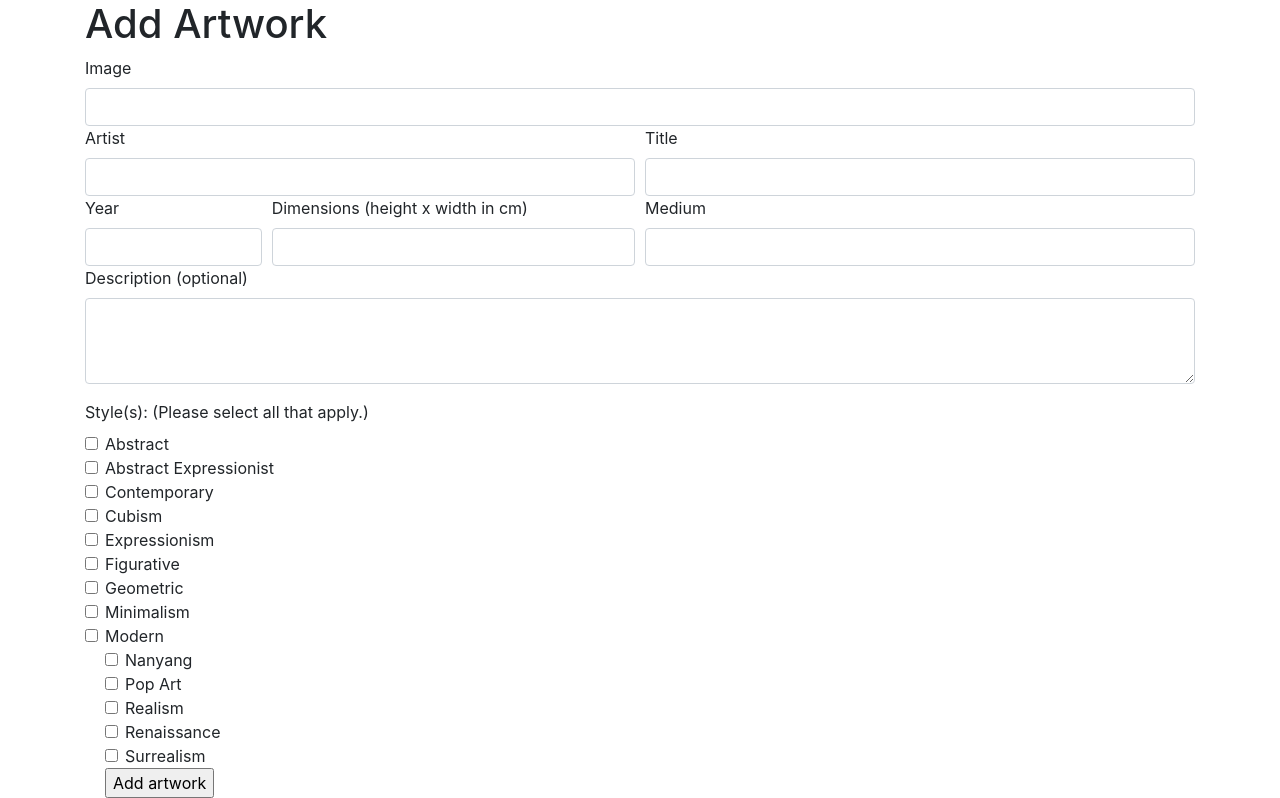
Repository: lynette-lyf/artwork-inventory
Page: http://localhost/add-artwork
The author's editor kept a record of every edit. The page is drawn from the files as they stood at one moment, then again after the next edit.
The browser window is 1280 px wide. The pictures show the whole page.
The page is served by the project's application, run on Flask 3 (app.py).

Above is the page before.

### templates/add_artwork.template.html
<!doctype html>
<html lang="en">
  <head>
    <!-- Required meta tags -->
    <meta charset="utf-8">
    <meta name="viewport" content="width=device-width, initial-scale=1, shrink-to-fit=no">

    <!-- Bootstrap CSS -->
    <link rel="stylesheet" href="https://stackpath.bootstrapcdn.com/bootstrap/4.3.1/css/bootstrap.min.css" integrity="sha384-ggOyR0iXCbMQv3Xipma34MD+dH/1fQ784/j6cY/iJTQUOhcWr7x9JvoRxT2MZw1T" crossorigin="anonymous">

    <title>Add Artwork</title>
  </head>
  <body>
    <div class='container'>
        <h1>Add Artwork</h1>
        <form class='form' method="POST">
          <div class='form-row'>
              <div class='col-12'>
                <label>Image</label>
                <input type='text' class='form-control' name='image' required/>
            </div>
            <div class='col-6'>
                <label>Artist</label>
                <input type='text' class='form-control' name='artist' required/>
            </div>
            <div class='col-6'>
                <label>Title</label>
                <input type='text' class='form-control' name='title' required/>
            </div>
          </div>

          <div class='form-row'>
            <div class='col-2'>
                <label>Year</label>
                <input type='number' class='form-control' maxlength='4' min='1000' max='2019' name='year' required/>
            </div>
            <div class='col-4'>
                <label>Dimensions (height x width in cm)</label>
                <input type='text' class='form-control' name='dimensions' required/>
            </div>
            <div class='col-6'>
                <label>Medium</label>
                <input type='text' class='form-control' name='medium' required/>
            </div>
          </div>

            <div class='form-group'>
                <label>Description (optional)</label>
                <textarea class="form-control" rows="3" name='description'></textarea>
            </div>

           <label>Style(s): (Please select all that apply.)</label>

            <div class="form-check">
            <input class="form-check-input" type='checkbox' value='Abstract' id="type" name="type">
            <label class="form-check-label" for="Abstract">Abstract</label>
            </div>

            <div class="form-check">
            <input class="form-check-input" type='checkbox' value='Abstract Expressionist' id="type" name="type">
            <label class="form-check-label" for="Abstract Expressionist">Abstract Expressionist</label>
            </div>

            <div class="form-check">
            <input class="form-check-input" type='checkbox' value='Contemporary' id="type" name="type">
            <label class="form-check-label" for="Contemporary">Contemporary</label>
            </div>

            <div class="form-check">
            <input class="form-check-input" type='checkbox' value='Cubism' id="type" name="type">
            <label class="form-check-label" for="Cubism">Cubism</label>
            </div>

            <div class="form-check">
            <input class="form-check-input" type='checkbox' value='Expressionism' id="type" name="type">
            <label class="form-check-label" for="Expressionism">Expressionism</label>
            </div>

            <div class="form-check">
            <input class="form-check-input" type='checkbox' value='Figurative' id="type" name="type">
            <label class="form-check-label" for="Figurative">Figurative</label>
            </div>

            <div class="form-check">
            <input class="form-check-input" type='checkbox' value='Geometric' id="type" name="type">
            <label class="form-check-label" for="Geometric">Geometric</label>
            </div>

            <div class="form-check">
            <input class="form-check-input" type='checkbox' value='Minimalism' id="type" name="type">
            <label class="form-check-label" for="Minimalism">Minimalism</label>
            </div>

            <div class="form-check">
            <input class="form-check-input" type='checkbox' value='Modern' id="type" name="type">
            <label class="form-check-label" for="Modern">Modern</label>

            <div class="form-check">
            <input class="form-check-input" type='checkbox' value='Nanyang' id="type" name="type">
            <label class="form-check-label" for="Nanyang">Nanyang</label>
            </div>

            <div class="form-check">
            <input class="form-check-input" type='checkbox' value='Pop Art' id="type" name="type">
            <label class="form-check-label" for="Pop Art">Pop Art</label>
            </div>

            <div class="form-check">
            <input class="form-check-input" type='checkbox' value='Realism' id="type" name="type">
            <label class="form-check-label" for="Realism">Realism</label>
            </div>

            <div class="form-check">
            <input class="form-check-input" type='checkbox' value='Renaissance' id="type" name="type">
            <label class="form-check-label" for="Renaissance">Renaissance</label>
            </div>

            <div class="form-check">
            <input class="form-check-input" type='checkbox' value='Surrealism' id="type" name="type">
            <label class="form-check-label" for="Surrealism">Surrealism</label>
            </div>


            </form>


           <input type="submit" value="Add artwork"/>
        </form>
    </div>

    <!-- Optional JavaScript -->
    <!-- jQuery first, then Popper.js, then Bootstrap JS -->
    <script src="https://code.jquery.com/jquery-3.3.1.slim.min.js" integrity="sha384-q8i/X+965DzO0rT7abK41JStQIAqVgRVzpbzo5smXKp4YfRvH+8abtTE1Pi6jizo" crossorigin="anonymous"></script>
    <script src="https://cdnjs.cloudflare.com/ajax/libs/popper.js/1.14.7/umd/popper.min.js" integrity="sha384-UO2eT0CpHqdSJQ6hJty5KVphtPhzWj9WO1clHTMGa3JDZwrnQq4sF86dIHNDz0W1" crossorigin="anonymous"></script>
    <script src="https://stackpath.bootstrapcdn.com/bootstrap/4.3.1/js/bootstrap.min.js" integrity="sha384-JjSmVgyd0p3pXB1rRibZUAYoIIy6OrQ6VrjIEaFf/nJGzIxFDsf4x0xIM+B07jRM" crossorigin="anonymous"></script>
  </body>
</html>

### app.py
from flask import Flask, render_template, request, redirect, url_for
import os
from bson import ObjectId
import re

import pymongo

MONGO_URI = os.getenv('MONGO_URI')
DATABASE_NAME = 'artworksAndConsigners'

conn = pymongo.MongoClient(MONGO_URI)

def get_connection():
    conn = pymongo.MongoClient(MONGO_URI)
    return conn

app = Flask(__name__)

@app.route('/')
def index():
    artworksAndConsigners = conn[DATABASE_NAME]['artworksAndConsigners'].find()
    return render_template('index.template.html', results=artworksAndConsigners)


# CREATE************************************************************************

@app.route('/add-artwork')
def show_add_artwork_form():
    return render_template('add_artwork.template.html')

@app.route('/add-artwork', methods=['POST'])
def process_add_artwork_form():
    image = request.form.get('image')
    artist = request.form['artist']
    title = request.form['title']
    year = request.form['year']
    dimensions = request.form['dimensions']
    medium = request.form['medium']
    description = request.form['description']
    type = request.form.getlist('type')

    conn = get_connection()
    conn[DATABASE_NAME]['artworksAndConsigners'].insert({
        "image" : image,
        "artist" : artist,
        "title" : title,
        "year" : year,
        "dimensions" : dimensions,
        "medium" : medium,
        "description" : description,
        "type" : type
    })

    # redirect back to root url
    return redirect("/")

# READ**************************************************************************

@app.route('/')
def search_index():
    search_terms = request.args.get('search-by')
    title = request.args.get('title')
    must_have = request.args.getlist('must-have')

    all_types = ['Abstract', 'Abstract Expressionist', 'Contemporary', 'Cubism', 'Expressionism', 'Figurative', 'Geometric', 'Minimalism', 'Modern', 'Nanyang', 'Pop Art', 'Realism', 'Renaissance', 'Surrealism']

    search_criteria = {}
    print (search_criteria)
    if search_terms is not None and search_terms is not "":
        search_criteria["title"] = re.compile(r'{}'.format(search_terms), re.I)

    if len(must_have) > 0:
        search_criteria['all_types'] = {
            '$all' : must_have
        }



    print (search_criteria)
    # # for display
    # if search_terms is None:
    #     search_terms =""

    if search_terms is None:
        search_terms = ""

    conn = get_connection()
    cursor = conn[DATABASE_NAME]["artworksAndConsigners"].find(search_criteria).limit(10)
    return render_template("index.template.html", results=cursor,
        search_terms=search_terms, title=title, all_types=all_types, must_have=must_have)

# UPDATE************************************************************************

@app.route('/edit-artwork/<artwork_id>')
def show_edit_artwork_form(artwork_id):
    conn = get_connection()
    artwork = conn[DATABASE_NAME]['artworksAndConsigners'].find_one({
        '_id': ObjectId(artwork_id)
    })

    results = artwork['type']
    all_styles = ['Abstract', 'Abstract Expressionist', 'Contemporary', 'Cubism', 'Expressionism', 'Figurative', 'Geometric', 'Minimalism', 'Modern', 'Nanyang', 'Pop Art', 'Realism', 'Renaissance', 'Surrealism']
    all_types = ['Acrylic', 'Canvas', 'Calligraphy', 'Ink', 'Installation', 'Fabric', 'Oil', 'Paper', 'Painting', 'Portrait', 'Printmaking', 'Sculpture', 'Watercolour']

    return render_template('edit_artwork.template.html', artworksAndConsigners=artwork,
    selected_type = results, all_styles=all_styles, all_types=all_types)

@app.route("/edit-artwork/<artwork_id>", methods=['POST'])
def process_edit_artwork_form(artwork_id):
    image = request.form.get('image')
    artist = request.form['artist']
    title = request.form['title']
    year = request.form['year']
    dimensions = request.form['dimensions']
    medium = request.form['medium']
    description = request.form['description']
    type = request.form.getlist('type')

    conn = get_connection()
    conn[DATABASE_NAME]["artworksAndConsigners"].update({
        '_id': ObjectId(artwork_id)
    }, {
       "image" : image,
        "artist" : artist,
        "title" : title,
        "year" : year,
        "dimensions" : dimensions,
        "medium" : medium,
        "description" : description,
        "type": type
    })

    return redirect("/")


# DELETE************************************************************************

@app.route('/confirm-delete-artwork/<artwork_id>')
def confirm_delete_artwork(artwork_id):

    artwork = conn[DATABASE_NAME]["artworksAndConsigners"].find_one({
        '_id': ObjectId(artwork_id)
    }, {
        "title": 1,
        "artist": 1
    })

    return render_template('confirm_delete_artwork.template.html', artworksAndConsigners=artwork)

@app.route('/delete-artwork/<artwork_id>')
def delete_artwork(artwork_id):
    conn[DATABASE_NAME]["artworksAndConsigners"].delete_one({
        '_id': ObjectId(artwork_id)
    })

    return redirect('/')

# "magic code" -- boilerplate
if __name__ == '__main__':
    app.run(host=os.environ.get('IP'),
    port=int(os.environ.get('PORT')),
    debug=True)

After the next edit:
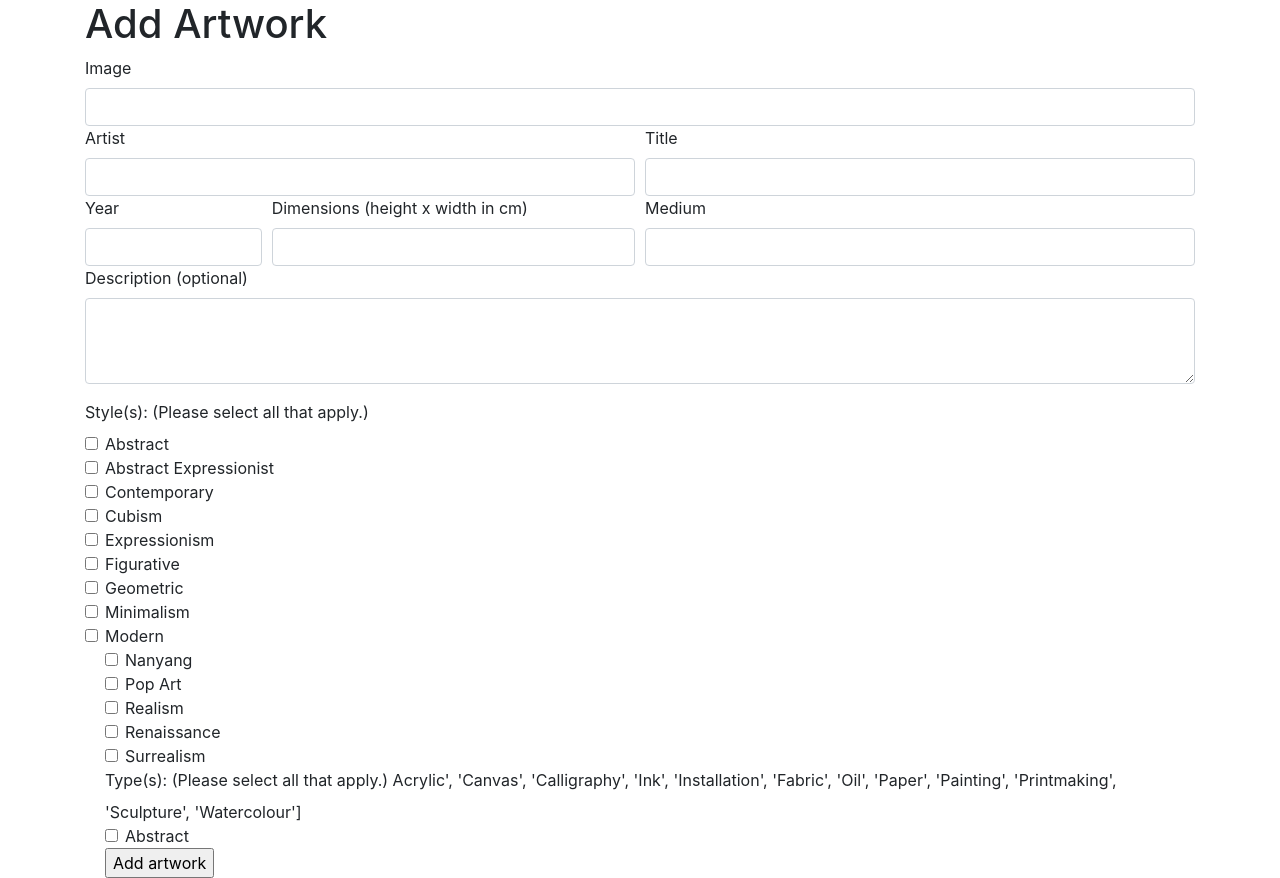
The edit:
--- a/templates/add_artwork.template.html
+++ b/templates/add_artwork.template.html
@@ -121,8 +121,15 @@
             </div>
 
 
-            </form>
+            <label>Type(s): (Please select all that apply.)</label>
 
+            Acrylic', 'Canvas', 'Calligraphy', 'Ink', 'Installation',
+'Fabric', 'Oil', 'Paper', 'Painting', 'Printmaking', 'Sculpture', 'Watercolour']
+
+            <div class="form-check">
+            <input class="form-check-input" type='checkbox' value='Abstract' id="type" name="type">
+            <label class="form-check-label" for="Abstract">Abstract</label>
+            </div>
 
            <input type="submit" value="Add artwork"/>
         </form>
